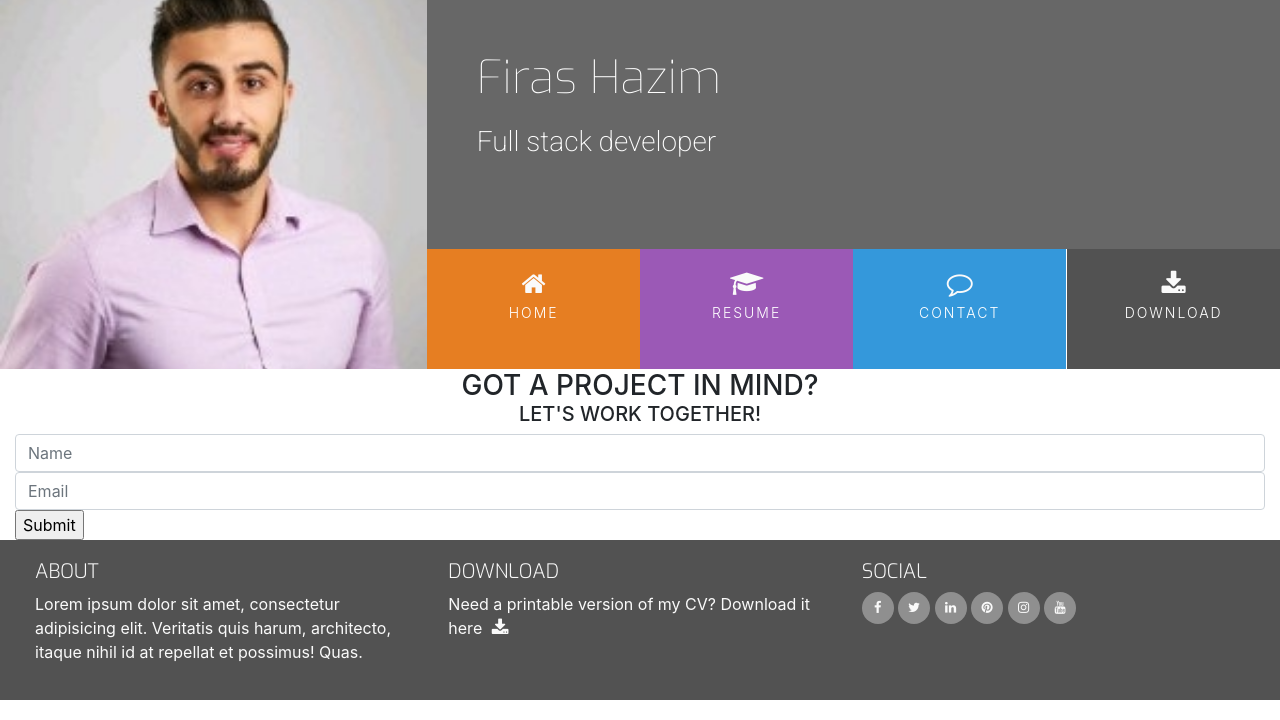
Repository: FirasH94/ResumeProject
Page: contact.html
The author's editor kept a record of every edit. The page is drawn from the files as they stood at one moment, then again after the next edit.
The browser window is 1280 px wide. The pictures show the whole page.

Above is the page before.

### contact.html
<!DOCTYPE html>
<html lang="en">
<head>
    <meta charset="UTF-8">
    <meta name="viewport" content="width=device-width, initial-scale=1.0">
    <meta http-equiv="X-UA-Compatible" content="ie=edge">
    <link rel="stylesheet" href="https://stackpath.bootstrapcdn.com/bootstrap/4.3.1/css/bootstrap.min.css" type="text/css" />
    <link rel="stylesheet" href="https://stackpath.bootstrapcdn.com/font-awesome/4.7.0/css/font-awesome.min.css" type="text/css" />
    <link rel="stylesheet" href="https://cdnjs.cloudflare.com/ajax/libs/hover.css/2.3.1/css/hover-min.css" type="text/css" />
    <link rel="stylesheet" href="assets/css/style.css" type="text/css" />
    <title>Firas</title>
</head>
<body>
    <header>
        <div class="row no-gutters">
            <a href="index.html" class="col-md-4 logo">

            </a>
            <div class="col-md-8">
                <div class="row bg-color-name-title no-gutters">
                    <div class="col heading">
                        <h1 class="name">Firas Hazim</h1>
                        <h2 class="title">Full stack developer</h2>
                    </div>
                </div>
                <div class="row no-gutters">
                    <div class="col">
                        <ul id="nav" class="list-inline menucontainer">
                            <li class="col-6 col-sm-3 ui-menu-color-home list-inline-item menuitem hvr-sweep-to-bottom">
                                <a href="#"><i class="fa fa-home" aria-hidden="true"></i><span>Home</span></a>
                            </li>
                            <li class="col-6 col-sm-3 ui-menu-color-resume list-inline-item menuitem hvr-sweep-to-bottom">
                                <a href="#"><i class="fa fa-graduation-cap" aria-hidden="true"></i><span>Resume</span></a>
                            </li>
                            <li class="col-6 col-sm-3 ui-menu-color-contact list-inline-item menuitem hvr-sweep-to-bottom">
                                <a href="#"><i class="fa fa-comment-o" aria-hidden="true"></i><span>Contact</span></a>
                            </li>
                            <li class="col-6 col-sm-3 ui-menu-color-download list-inline-item menuitem hvr-sweep-to-bottom">
                                <a href="#"><i class="fa fa-download" aria-hidden="true"></i><span>Download</span></a>
                            </li>
                        </ul>
                    </div>
                </div>
            </div>
        </div>
    </header>
<section class="container-fluid">
    <div class="row bg-color-contract">
        <div class="col">
            <h3 class="contact-heading uppercase text-center">Got a project in mind?</h3>
            <h5 class="uppercase text-center">Let's work together!</h5>

            <div class="center-form">
                <form>
                    <input type="text" name="name" id="fullname" class="form-control" placeholder="Name"
                    required/>
                    <input type="email" name="email" id="emailaddress" class="form-control" placeholder="Email"
                    required/>
                    <input type="submit" value="Submit"/>
                </form>
            </div>

        </div>
    </div>

    </section>
    <footer class="container-fluid">
        <div id="footer-details" class="row">
            <div class="col-sm-4">
                <h5 class="uppercase general-sub">About</h5>
                <p class="inline-block">
                    Lorem ipsum dolor sit amet, consectetur adipisicing elit.
                    Veritatis quis harum, architecto, itaque nihil id at repellat et possimus! Quas.
                </p>
            </div>
            <div class="col-sm-4">
                <h5 class="uppercase general-sub">Download</h5>
                <p class="inline-block">
                    Need a printable version of my CV? Download it here
                    <a href="#" target="_blank" class="cv-pdf">
                        <i class="fa fa-download" aria-hidden="true"></i>
                        <span class="sr-only">Download link.</span>
                    </a>
                </p>
            </div>
            <div class="col-sm-4">
                <h5 class="uppercase general-sub">Social</h5>
                <ul class="list-inline social-links">
                    <li class="list-inline-item">
                        <a target="_blank" href="#">
                            <i class="fa fa-facebook" aria-hidden="true"></i>
                            <span class="sr-only">Facebook</span>
                        </a>
                    </li>
                                        <li class="list-inline-item">
                        <a target="_blank" href="#">
                            <i class="fa fa-twitter" aria-hidden="true"></i>
                            <span class="sr-only">Twitter</span>
                        </a>
                    </li>
                    <li class="list-inline-item">
                        <a target="_blank" href="#">
                            <i class="fa fa-linkedin" aria-hidden="true"></i>
                            <span class="sr-only">LinkedIn</span>
                        </a>
                    </li>
                    <li class="list-inline-item">
                        <a target="_blank" href="#">
                            <i class="fa fa-pinterest" aria-hidden="true"></i>
                            <span class="sr-only">Pinterest</span>
                        </a>
                    </li>
                    <li class="list-inline-item">
                        <a target="_blank" href="#">
                            <i class="fa fa-instagram" aria-hidden="true"></i>
                            <span class="sr-only">Instagram</span>
                        </a>
                    </li>
                    <li class="list-inline-item">
                        <a target="_blank" href="#">
                            <i class="fa fa-youtube" aria-hidden="true"></i>
                            <span class="sr-only">Youtube</span>
                        </a>
                    </li>
                </ul>
            </div>
        </div>

    </footer>
</body>
</html>

### assets/css/style.css
@import url('https://fonts.googleapis.com/css?family=Roboto:100,200,300,400,500,600,700|Exo:100,200,300,400,500,600,700');

.bg-color-name-title{
background-color:#676767;
}

.bg-color-three-reasons {
    background-color: #fff;
}

.bg-color-personal-info {

background-color: #f4f4f4;
}

.bg-color-work-history {
background-color: #9b59b6;
}

.ui-menu-color-home {
    background-color: #e67e22;
}

.ui-menu-color-resume {
    background-color: #9b59b6;
}

.ui-menu-color-contact {
    background-color: #3498db;
}

.ui-menu-color-download {
    background-color: #525252;
}

/* --------------------------------------Special paddings/margins/text */

h1,h2,h3,h4 {
    margin: 0;
}

.uppercase {
    text-transform: uppercase;
}

.general-sub {
    font-family: "Exo" , sans-serif;
    font-weight: 300;
    color: #fafafa;
}

.inline-block {
    display: inline-block;
}

.row-table {
    display: table;
}

.section-column {
    display: table-cell;
    padding: 0 30px 30px;
    float: none;
}

.history-heading,
.section-heading {
    font-family: "Exo", sans-serif;
    font-weight: 300;
    margin-top: 25px;
    margin-bottom: 40px;
}

/* --------------------------------------Heading */

header {
    margin:0;
}

.heading {
     margin-left: 50px;
}

.logo {
background: url("../images/profile_pic.jpg");
background-position: center;
background-repeat: no-repeat;
background-size: cover;
min-height: 360px;
transition: all .5s ease-in-out;
-moz-transition: all .5s ease-in-out;
-webkit-transition: all .5s ease-in-out;
}


.name {
    font-family: "Exo", sans-serif;
    font-weight: 100;
    font-size: 46px;
    margin-top: 50px;
    color: #fff;
}

.title {
    font-family: "Roboto", sans-serif;
    font-weight: 200;
    font-size: 28px;
    margin-top: 20px;
    margin-bottom: 90px;
    color: #fff;
}

.list-inline-item:not(:last-child){
    margin: 0;
}

.menucontainer {
    font-size: 0;
}

#nav {
    margin: 0;
}

#nav li {
    font-size: 14px;
    padding: 0;
}

.menuitem {
    height: 120px;
    text-align: center;
    padding: 0;
}

.menuitem a {
    width: 100%;
    text-decoration: none;
    color: #fff;
    height: 120px;
}

.menuitem a i {
    padding-top: 22px;
    display: block;
    color: #fafafa;
    font-size: 26px;
}

.menuitem span {
    display: block;
    width: 100%;
    padding-top: 5px;
    text-align: center;
    text-transform: uppercase;
    font-size: 14px;
    font-weight: 300;
    letter-spacing: 2px;
}

/* --------------------------Hover.css */

.hvr-sweep-to-bottom:before {
    background-color: rgba(0, 0, 0, 0.2);
    height: 120px;
}

/* --------------------------------------Footer */

footer {
    background-color: #525252;
    color: #fafafa;
    min-height: 120px;
    margin: 0;
}


.cv-pdf i {
    font-size: 18px;
    color: #fafafa;
    text-align: center;
    padding-left: 5px;
    transition: all 0.35s ease-in-out;
    -moz-transition: all 0.35s ease-in-out;
    -webkit-transition: all 0.35s ease-in-out;
    -o-transition: all 0.35s ease-in-out;
}

.cv-pdf i:hover {
    color: #e84610;
}

.social-links {
    padding-bottom: 15px;
}

.social-links li a i {
    width: 32px;
    height: 32px;
    padding: 12px 0;
    border-radius: 50%;
    font-size: 13px;
    line-height: 7px;
    text-align: center;
    color: #fafafa;
    background: #8f8f8f;
    transition: all 0.35s ease-in-out;
    -moz-transition: all 0.35s ease-in-out;
    -webkit-transition: all 0.35s ease-in-out;
    -o-transition: all 0.35s ease-in-out;
}

.social-links li a i:hover {
    background:#e84610;
}

#footer-details {
    padding: 20px;
}

/* --------------------------------------Three reasons */

.three-reasons-icon {
    font-size: 20px;
    color: #e67e22;
}

.three-reasons-heading {
    margin-bottom: 15px;
}

/* --------------------------------------Personal Info */

.personal-info-item {
    margin-bottom: 20px;
    display: block;
    clear: both;
}

.personal-info-item .key,
.personal-info-item .value {
    padding-right: 8px;
    display: inline-block;
}

.personal-info-item .key p,
.personal-info-item .value p {
    margin: 0;
}

.personal-info-item .key {
    width: 30%;
    margin-right: 21px;
    padding-top: 2px;
    vertical-align: top;
}

.personal-info-item .key p {
    font-weight: 700;
}

.personal-info-item .value {
    position: relative;
    width: 60%;
}

/* --------------------------------------Skills */

.progress{
position:relative;
height: 25px;
margin-bottom: 4px;

}

.progress-type {
    position: absolute;
    left: 0;
    font-weight: 400;
    padding: 3px 30px 2px 10px;
    color: #fafafa;
    background-color: rgba(25, 25, 25, 0.2);
}

.progress-section {
    margin: 40px 20px;
}

/* --------------------------------------Work History */

.history-heading {
    color: #fafafa;
    margin-bottom: 50px;
}

.timeline-item {
    padding: 4em 2em 0em 2em;
    position: relative;
    color: #fafafa;
    border-left: 1px solid;
}

.timeline-item p {
    padding: 0;
    margin: 0;
}

.timeline-item:before {
    content: attr(data-dates);
    position: absolute;
    left: 2.5em;
    top: 3em;
    display: block;
    font-family: "Exo" , sans-serif;
    font-weight: 500;
    font-size:  0.8em;
    padding: 0;
    margin: 0;
}

.timeline-item:after {
    width: 12px;
    height: 12px;
    display: block;
    top: 2.4em;
    position: absolute;
    left: -6px;
    border-radius: 12px;
    content: '';
    background: #fafafa;
}

.history-items {
    margin-bottom: 30px;
}

After the next edit:
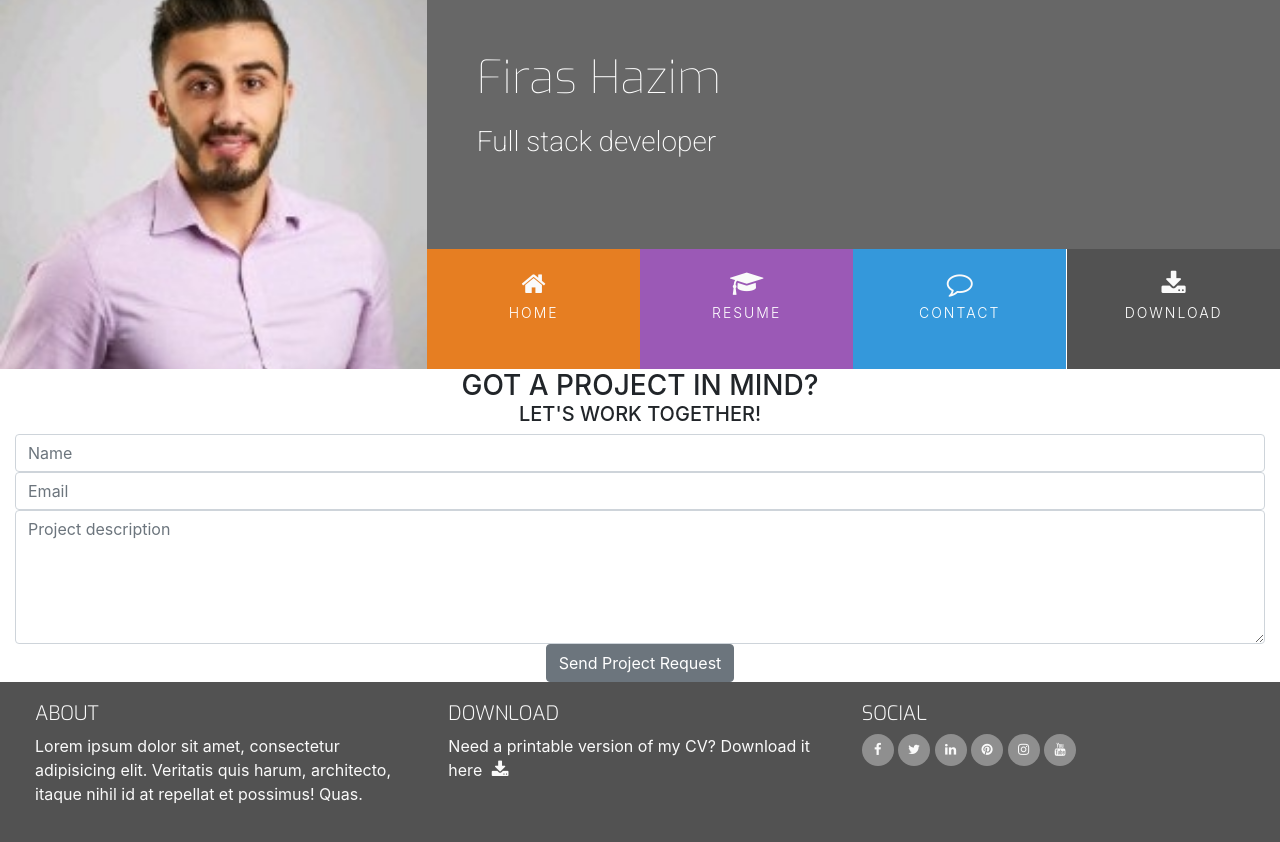
The edit:
--- a/contact.html
+++ b/contact.html
@@ -56,7 +56,13 @@
                     required/>
                     <input type="email" name="email" id="emailaddress" class="form-control" placeholder="Email"
                     required/>
-                    <input type="submit" value="Submit"/>
+                    <textarea rows="5" name="projectsummary" id="projectsummary" class="form-control"
+                    placeholder="Project description" required></textarea>
+                    <div class="form-row text-center">
+                        <div class="col">
+                            <button type="submit" class="btn btn-secondary">Send Project Request</button>
+                        </div>
+                    </div>
                 </form>
             </div>
 
